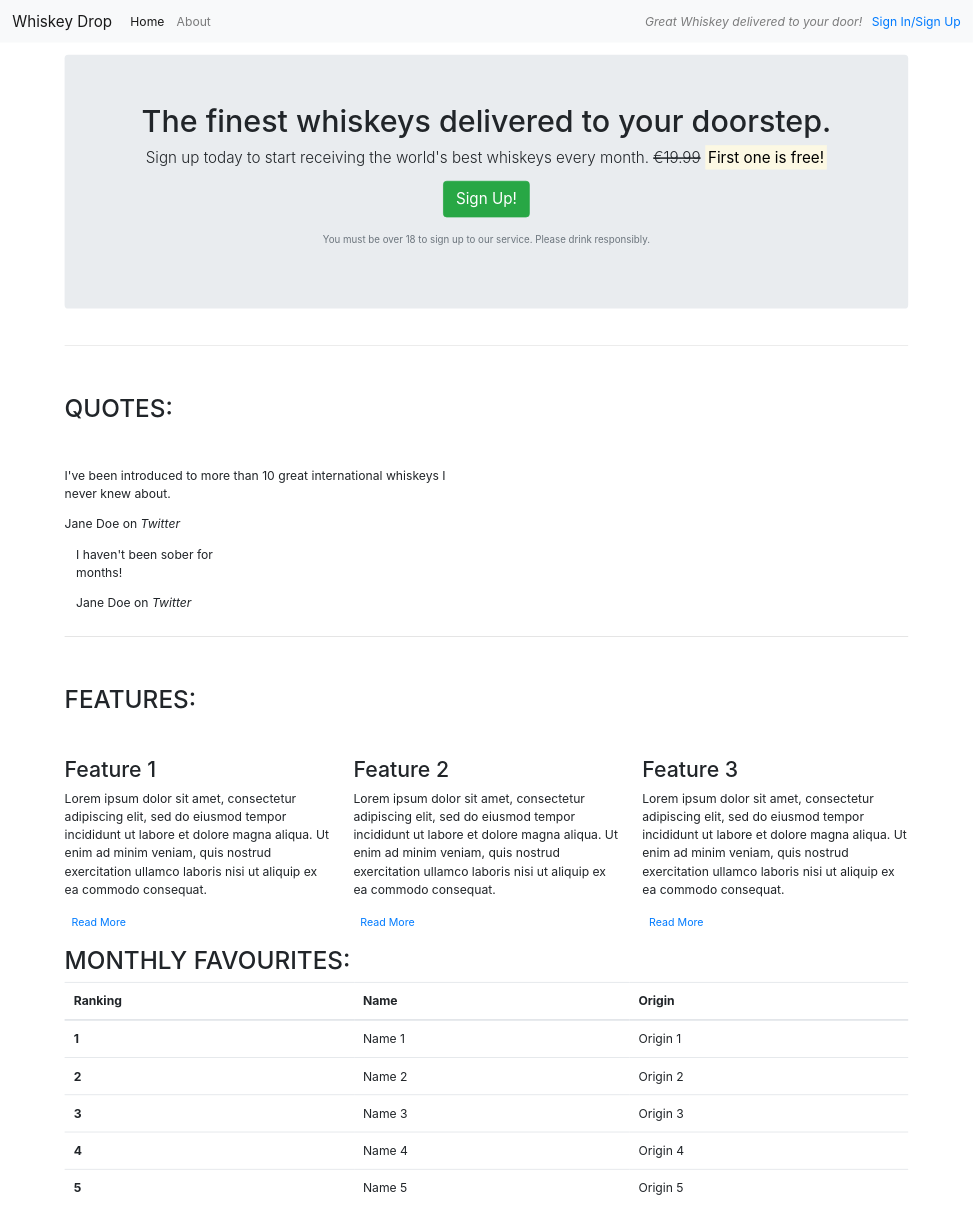
Repository: ElaineArchbold/bootstrap_landing_page1
Page: index.html
The author's editor kept a record of every edit. The page is drawn from the files as they stood at one moment, then again after the next edit.
The browser window is 1280 px wide. The pictures show the whole page, at 76% of full size.

Above is the page before.

### index.html
<!DOCTYPE html>
<html lang="en-us">

<head>
    <meta charset="utf-8">
    <meta name="viewport" content="width=device-width, initial-scale=1.0">
    <title>Whiskey Drop | Taste a new whiskey every month</title>
    <link rel="stylesheet" href="https://maxcdn.bootstrapcdn.com/bootstrap/4.1.3/css/bootstrap.min.css">
</head>

<body>
    <nav class="navbar navbar-light bg-light navbar-expand-sm">
        <!--navbar light for a light colour, bg-light for a light background and navbar-expand-sm to make it responsive-->
        <a href="/" class="navbar-brand">Whiskey Drop</a>
        <ul class="navbar-nav mr-auto">
            <!--mr-auto will push the content to the left-->
            <li class="active nav-item mr-r"><a class="nav-link" href="/">Home</a></li>
            <li class="nav-item mr-2"><a class="nav-link" href="/about">About</a></li>
            <li class="nav-item mr-2 d-block d-sm-none"><a class="nav-link" href="/login">Sign In/Sign Up</a></li>
            <!--this last list item will only be displayed on a mobile device-->
        </ul>
        <div class="d-none d-md-block">
            <!--this will only be displayed on medium sized and above-->
            <p class="navbar-text my-auto mr-2"><i>Great Whiskey delivered to your door!</i></p>
            <!--my-auto is automatic margin-->
            <a href="/login">Sign In/Sign Up</a>
        </div>
    </nav>
    <article class="container mt-3">
        <!-- Callout -->
        <div class="row">
            <div class="col-12">
                <section class="callout jumbotron text-center">
                    <h1>The finest whiskeys delivered to your doorstep.</h1>
                    <p class="lead">Sign up today to start receiving the world's best whiskeys every month. <s class="d-none d-sm-inline"><!--this hides this text on mobile-->€19.99</s>
                        <span class="d-inline d-sm-none"><br></span>
                        <!--this moves the following text to its own line on mobile-->
                        <strong><mark>First one is free!</mark></strong></p>
                    <p><button class="btn btn-lg btn-success">Sign Up!</button></p>
                    <p class="text-muted"><small>You must be over 18 to sign up to our service. Please drink responsibly.</small></p>
                </section>
            </div>
        </div>
        <!-- /.callout -->
        <hr>

        <!-- Quotes -->
        <section class="quotes">
            <div class="row">
                <div class="col-12 my-5">
                    <!--my-5 gives more vertical space-->
                    <h2 class="text-uppercase">Quotes:</h2>
                </div>
            </div>
            <div class="row">
                <div class="col-12 col-md-6">
                    <!--this makes the quotes side by side on a medium screen-->
                    <div class="media">
                    <blockquote class="quote">
                        <p>I've been introduced to more than 10 great international whiskeys I never knew about.</p>
                        <footer>Jane Doe on <cite title="Twitter">Twitter</cite></footer>
                    </blockquote>
                </div>
                <div class="col-12 col-md-6">
                    <blockquote class="quote">
                        <p>I haven't been sober for months!</p>
                        <footer>Jane Doe on <cite title="Twitter">Twitter</cite></footer>
                    </blockquote>
                </div>
            </div>
        </section>
        <!-- /.quotes -->
        <hr>

        <!-- Features -->
        <section class="features">
            <div class="row">
                <div class="col-12 my-5">
                    <h2 class="text-uppercase">Features:</h2>
                </div>
            </div>
            <div class="row">
                <div class="col-12 col-md-6 col-lg-4">
                    <!--the col-lg-4 will keep the features side by side but make them occupy a third of the row-->
                    <div class="feature">
                        <h3>Feature 1</h3>
                        <p>Lorem ipsum dolor sit amet, consectetur adipiscing elit, sed do eiusmod tempor incididunt ut labore et dolore magna aliqua. Ut enim ad minim veniam, quis nostrud exercitation ullamco laboris nisi ut aliquip ex ea commodo consequat.</p>
                        <p><a class="btn btn-sm btn-default" href="">Read More</a></p>
                    </div>
                </div>
                <div class="col-12 col-md-6 col-lg-4">
                    <div class="feature">
                        <h3>Feature 2</h3>
                        <p>Lorem ipsum dolor sit amet, consectetur adipiscing elit, sed do eiusmod tempor incididunt ut labore et dolore magna aliqua. Ut enim ad minim veniam, quis nostrud exercitation ullamco laboris nisi ut aliquip ex ea commodo consequat.</p>
                        <p><a class="btn btn-sm btn-default" href="">Read More</a></p>
                    </div>
                </div>
                <div class="col-12 d-md-none d-lg-block col-lg-4">
                    <div class="feature">
                        <!-- d-md-none on a medium screen, this wont be displayed -->
                        <!--d-lg-block and col-lg-4 make this display on large screens-->
                        <h3>Feature 3</h3>
                        <p>Lorem ipsum dolor sit amet, consectetur adipiscing elit, sed do eiusmod tempor incididunt ut labore et dolore magna aliqua. Ut enim ad minim veniam, quis nostrud exercitation ullamco laboris nisi ut aliquip ex ea commodo consequat.</p>
                        <p><a class="btn btn-sm btn-default" href="">Read More</a></p>
                    </div>
                </div>
            </div>
        </section>
        <!-- /.features -->

        <section class="monthly-favourites">

            <h2 class="text-uppercase">Monthly Favourites:</h2>
            <table class="table">
                <thead>
                    <tr>
                        <th scope="col">Ranking</th>
                        <th scope="col">Name</th>
                        <th scope="col">Origin</th>
                    </tr>
                </thead>
                <tbody>
                    <tr>
                        <th scope="row">1</th>
                        <td>Name 1</td>
                        <td>Origin 1</td>
                    </tr>
                    <tr>
                        <th scope="row">2</th>
                        <td>Name 2</td>
                        <td>Origin 2</td>
                    </tr>
                    <tr>
                        <th scope="row">3</th>
                        <td>Name 3</td>
                        <td>Origin 3</td>
                    </tr>
                    <tr>
                        <th scope="row">4</th>
                        <td>Name 4</td>
                        <td>Origin 4</td>
                    </tr>
                    <tr>
                        <th scope="row">5</th>
                        <td>Name 5</td>
                        <td>Origin 5</td>
                    </tr>
                </tbody>
            </table>

        </section>
    </article>
</body>

</html>

After the next edit:
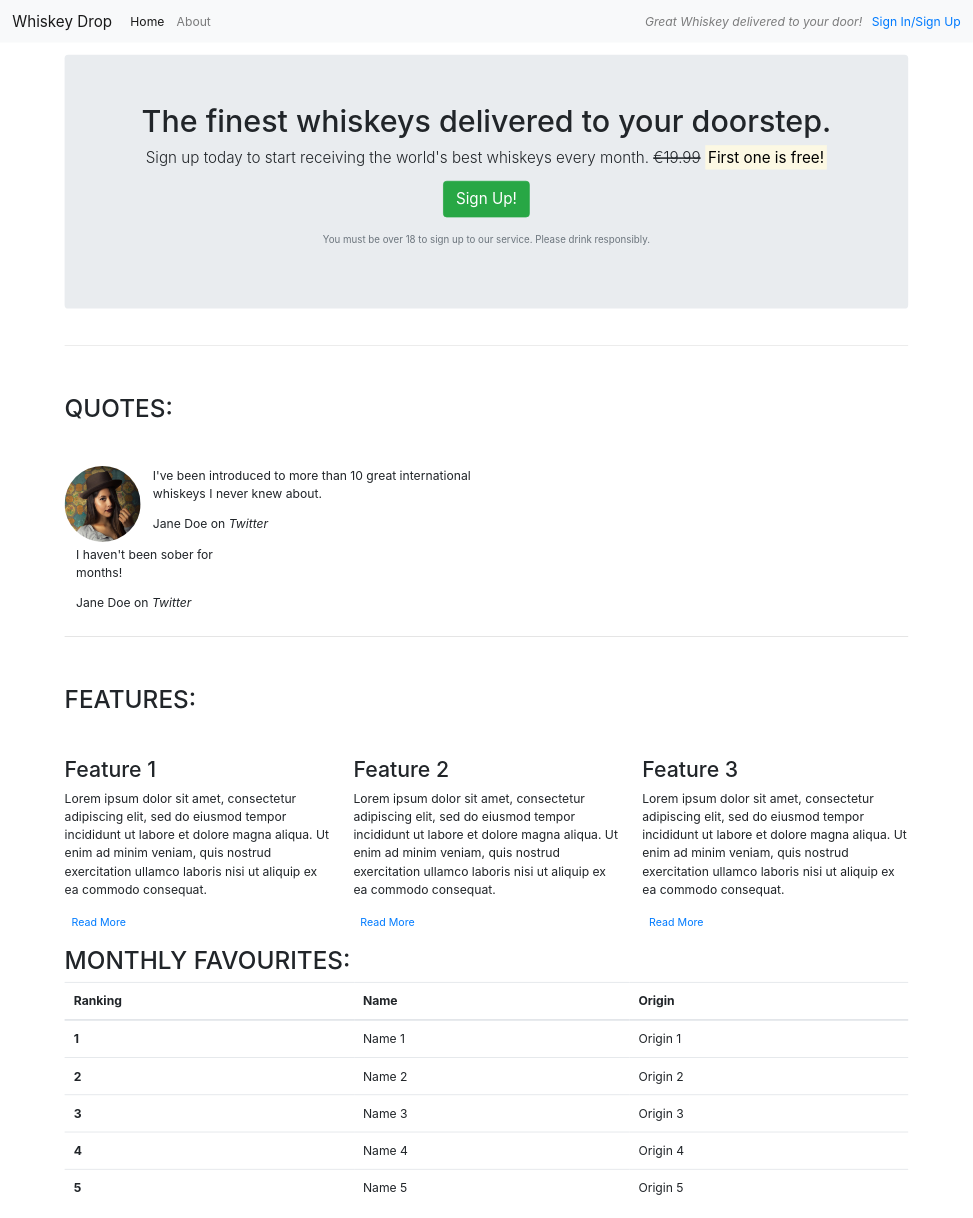
The edit:
--- a/index.html
+++ b/index.html
@@ -56,10 +56,13 @@
                 <div class="col-12 col-md-6">
                     <!--this makes the quotes side by side on a medium screen-->
                     <div class="media">
-                    <blockquote class="quote">
-                        <p>I've been introduced to more than 10 great international whiskeys I never knew about.</p>
-                        <footer>Jane Doe on <cite title="Twitter">Twitter</cite></footer>
-                    </blockquote>
+                        <img src="images/girl-image.png" class="rounded-circle mr-3" height=100 width=100></img>
+                        <div class="media-body">
+                        <blockquote class="quote">
+                            <p>I've been introduced to more than 10 great international whiskeys I never knew about.</p>
+                            <footer>Jane Doe on <cite title="Twitter">Twitter</cite></footer>
+                        </blockquote>
+                    </div>
                 </div>
                 <div class="col-12 col-md-6">
                     <blockquote class="quote">
